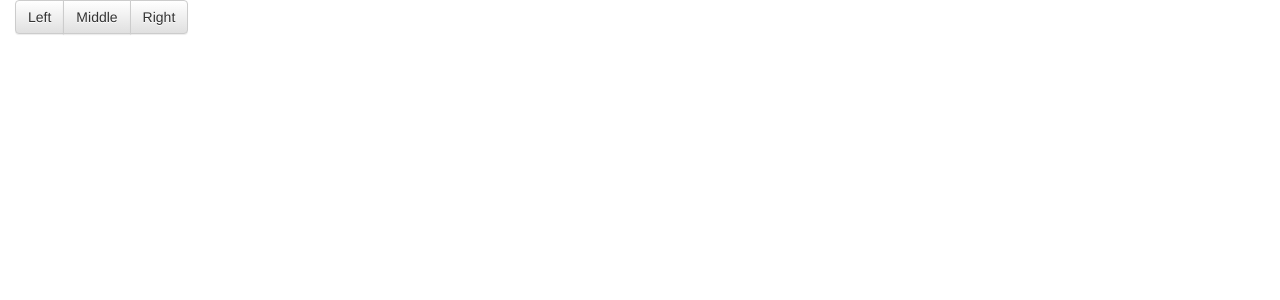
Repository: bmatusiak/bbb-usb-tool-nw
Page: index.html
The author's editor kept a record of every edit. The page is drawn from the files as they stood at one moment, then again after the next edit.
The browser window is 1280 px wide. The pictures show the whole page.

Above is the page before.
Console error: ReferenceError: global is not defined

After the next edit:
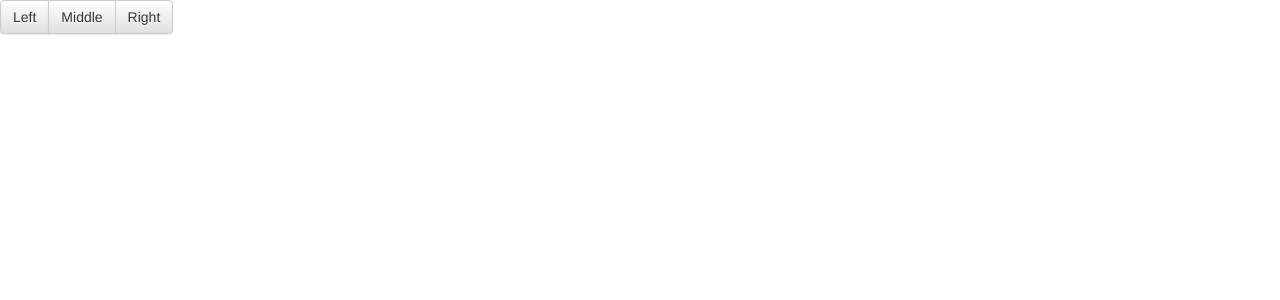
The edit:
--- a/index.html
+++ b/index.html
@@ -14,6 +14,7 @@
 
     <body style="height:100%;">
         <div class="container-fluid">
+        <div class="row" >
             <div class="btn-group">
               <button type="button" class="btn btn-default">Left</button>
               <button type="button" class="btn btn-default">Middle</button>
